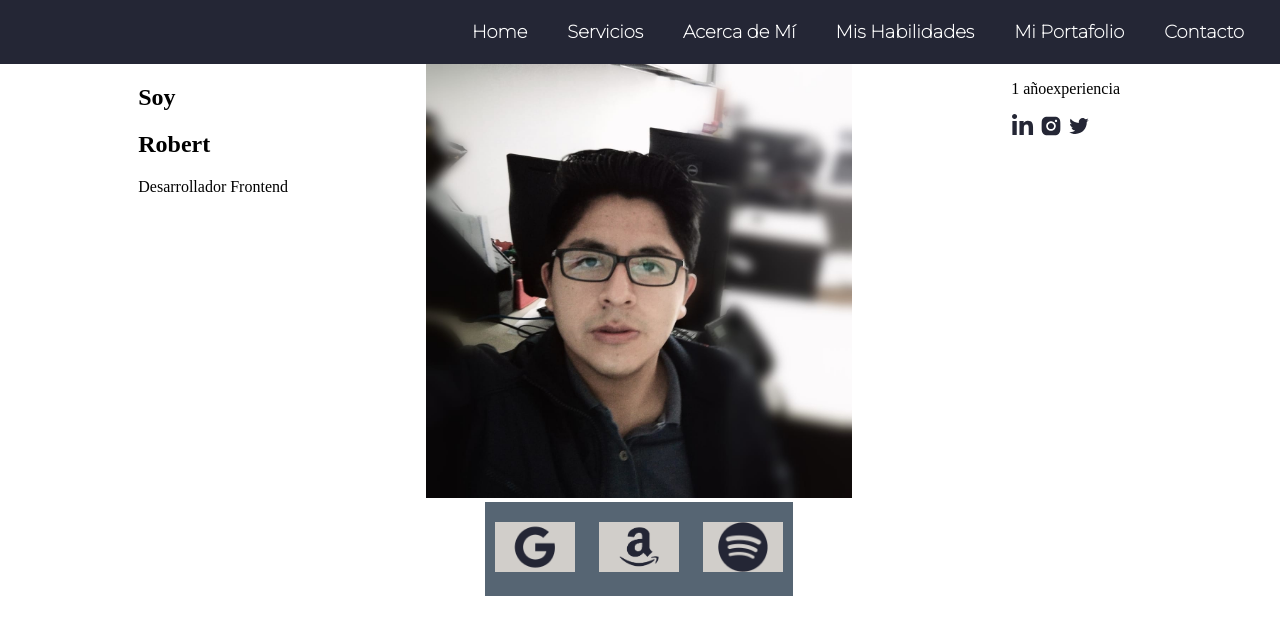
Repository: RobertAries28/PortafolioRobertEscalanteGomez2022
Page: index.html
The author's editor kept a copy of each file at every save. The page is drawn from the files as they stood at one save, then again after the next save.
The browser window is 1280 px wide. The pictures show the whole page.

Above is the page before, as saved 2022-02-15 11:21:08.

After the next save:
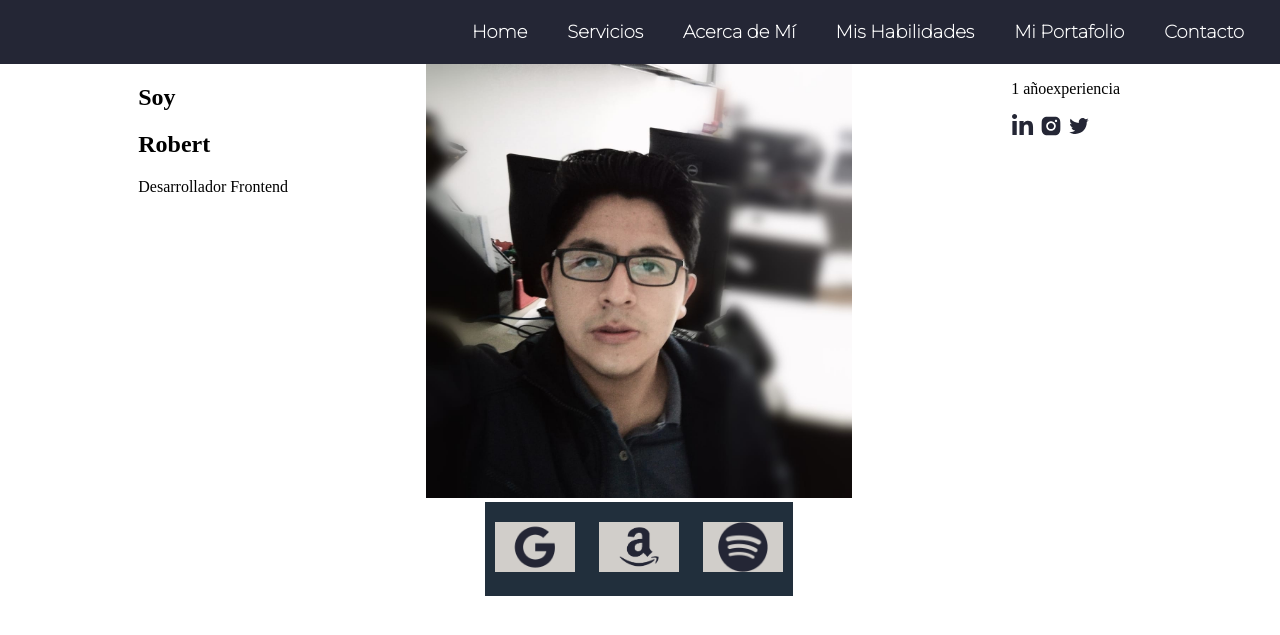
Saved 35 s later.
--- a/estilos.css
+++ b/estilos.css
@@ -62,7 +62,7 @@
 .section-iconos{
    grid-column: 1 / span 3;
    align-self: end;
-   background: #566573;
+   background: #212F3C;
 }
 
 .section-iconos img{
